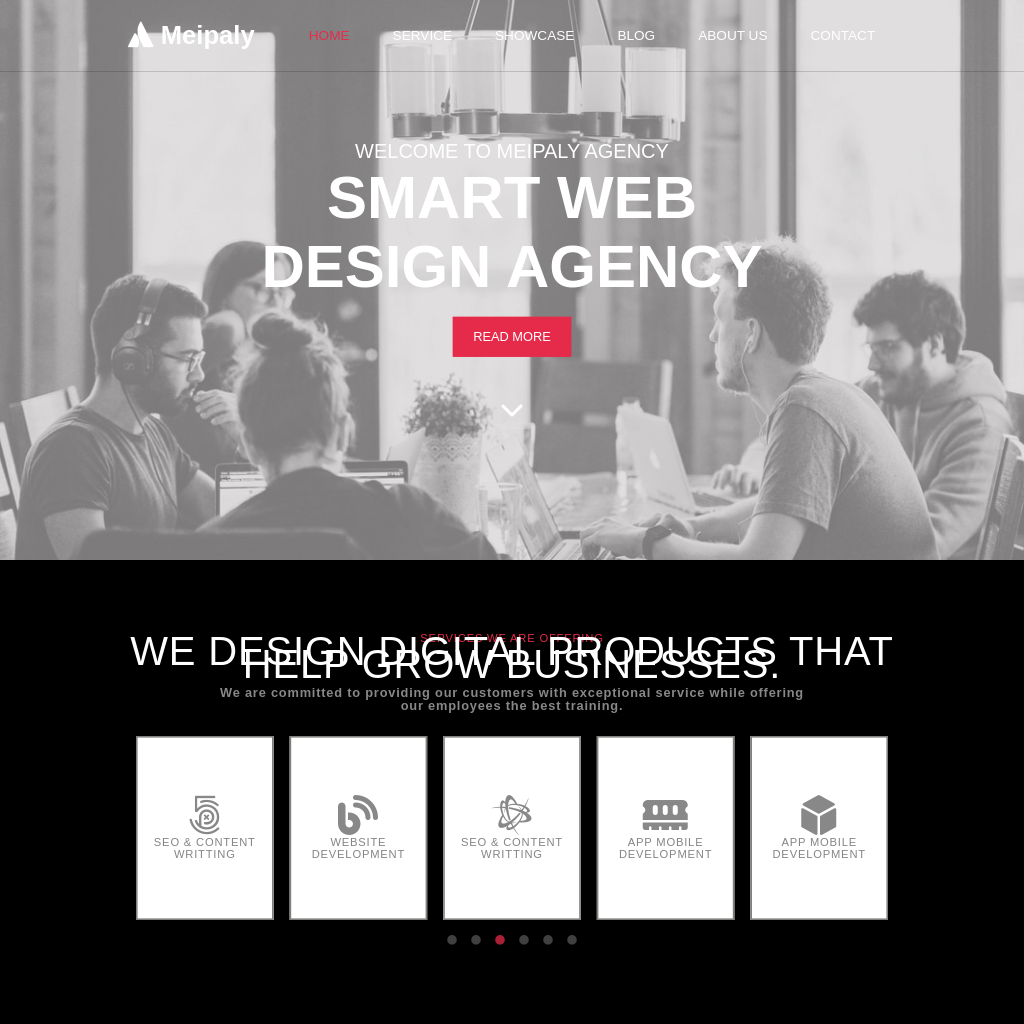
Repository: tudo1611/BC44_HTML5-CSS3_B6_MAIPALY_DO-TRUNG-TU
Page: index.html
An editor plug-in stored every save of this project. The page is shown before and after the next save, followed by the edit.
The browser window is 1280 px wide. The pictures show the whole page, at 80% of full size.
Some web fonts or font styles are not loaded; a fallback is used.

Above is the page before, as saved 2023-01-26 21:54:24.

After the next save:
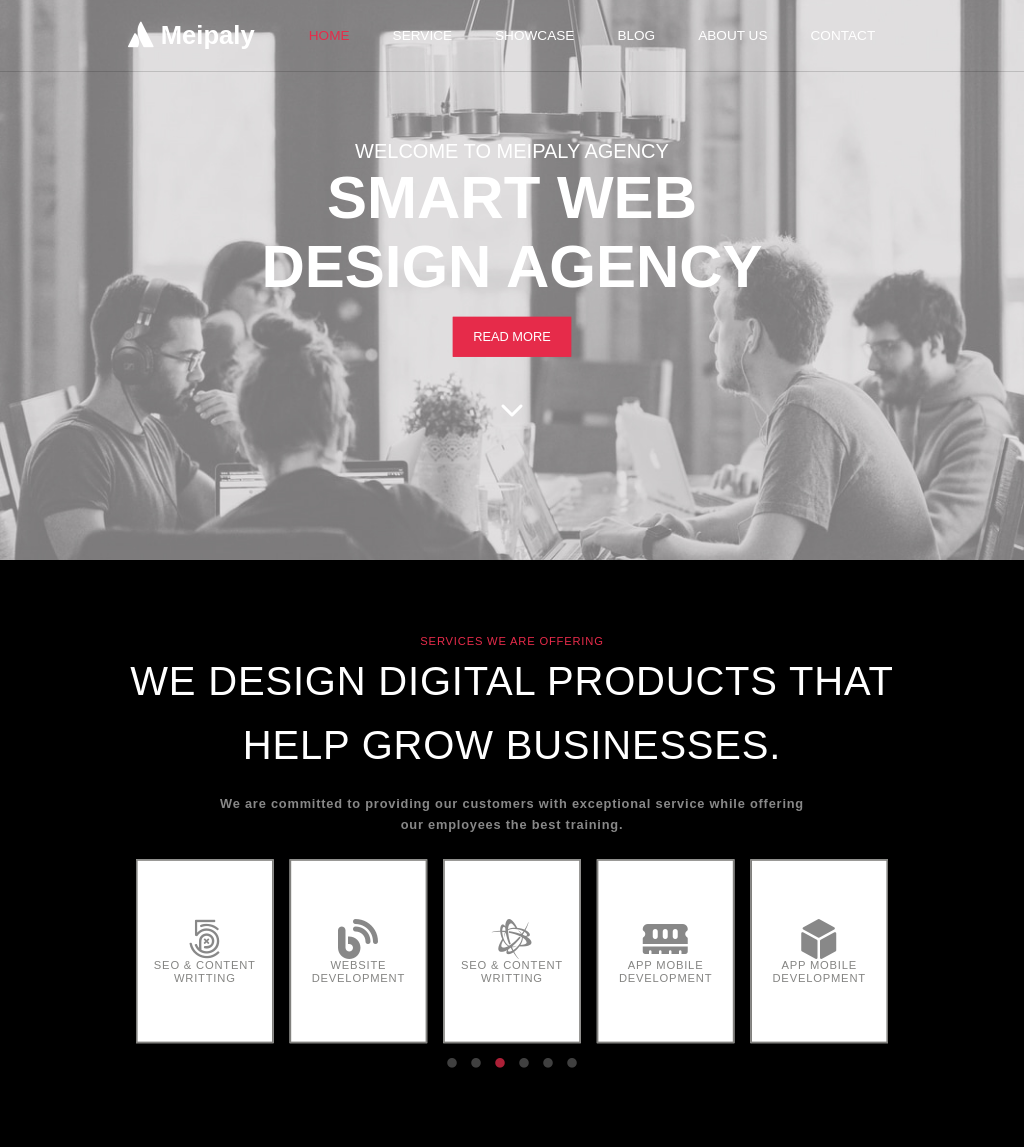
Saved 2 min 52 s later.
--- a/css/style.css
+++ b/css/style.css
@@ -12,7 +12,7 @@ body {
 
 .title {
   text-align: center;
-  line-height: 1.6rem;
+  line-height: 1.6;
 }
 /* header  */
 header {
